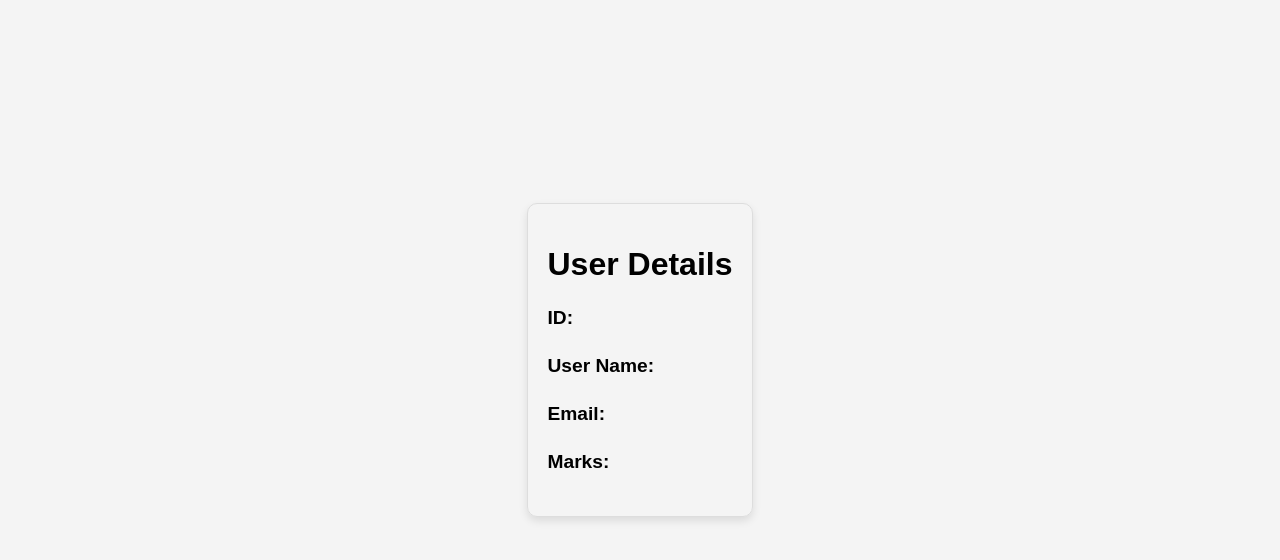
Repository: chetanchavan30/Optifyx
Page: http://localhost/OnlineExaminationSystem/view.jsp
An editor plug-in stored every save of this project. The page is shown before and after the next save, followed by the edit.
The browser window is 1280 px wide. The pictures show the whole page.
The page is served by Tomcat 10. Other server files are loaded and not shown.

Above is the page before, as saved 2025-01-25 19:31:38.

### OnlineExaminationSystem/src/main/webapp/view.jsp
<!DOCTYPE html>
<html lang="en">
<head>
    <meta charset="UTF-8">
    <meta name="viewport" content="width=device-width, initial-scale=1.0">
    <title>User Details</title>
    <link rel="stylesheet" href="styles.css">

</head>
<body>
    <div class="container-details">
        <h1>User Details</h1>
        <div class="user-details">
            <p><strong>ID:</strong> ${user.uId}</p>
            <p><strong>User Name:</strong> ${user.userName}</p>
            <p><strong>Email:</strong> ${user.email}</p>
            <p><strong>Marks:</strong> ${user.marks}</p>
        </div>
    </div>
</body>
</html>

### OnlineExaminationSystem/src/main/webapp/styles.css
@charset "UTF-8";
/* General Styles */
body {
	font-family: Arial, sans-serif;
	background-color: #f4f4f4;
	display: flex;
	justify-content: center;
	align-items: center;
	height: 100vh;
	margin: 0;
}

.form-container {
	background-color: #fff;
	padding: 30px;
	border-radius: 8px;
	box-shadow: 0 4px 8px rgba(0, 0, 0, 0.1);
	width: 300px;
}

.form-container h2 {
	text-align: center;
	margin-bottom: 20px;
}

.form-container input {
	width: 100%;
	padding: 10px;
	margin: 10px 0;
	border: 1px solid #ccc;
	border-radius: 5px;
}

.form-container button {
	width: 100%;
	padding: 10px;
	background-color: #4CAF50;
	color: white;
	border: none;
	border-radius: 5px;
	cursor: pointer;
}

.form-container button:hover {
	background-color: #45a049;
}

.form-container .links {
	text-align: center;
	margin-top: 10px;
}

.form-container .links a {
	color: #4CAF50;
	text-decoration: none;
}

.form-container .links a:hover {
	text-decoration: underline;
}

.container {
	text-align: center;
	background: white;
	padding: 2rem;
	border-radius: 10px;
	box-shadow: 0 4px 8px rgba(0, 0, 0, 0.1);
}

.container h1 {
	margin-bottom: 1.5rem;
}

.link-button {
	display: inline-block;
	margin: 0.5rem;
	padding: 0.75rem 1.5rem;
	font-size: 1rem;
	color: white;
	background-color: #4CAF50;
	text-decoration: none;
	border-radius: 5px;
	transition: background-color 0.3s;
}

.link-button:hover {
	background-color: #45a049;
}





 .container-details {
            max-width: 600px;
            margin: 50px auto;
            padding: 20px;
            border: 1px solid #ddd;
            border-radius: 10px;
            box-shadow: 0 4px 8px rgba(0, 0, 0, 0.1);
            font-family: Arial, sans-serif;
        }
        .container-details h1 {
            text-align: center;
        }
        .user-details {
            margin-top: 20px;
        }
        .user-details p {
            font-size: 1.2rem;
            line-height: 1.5;
        }

After the next save:
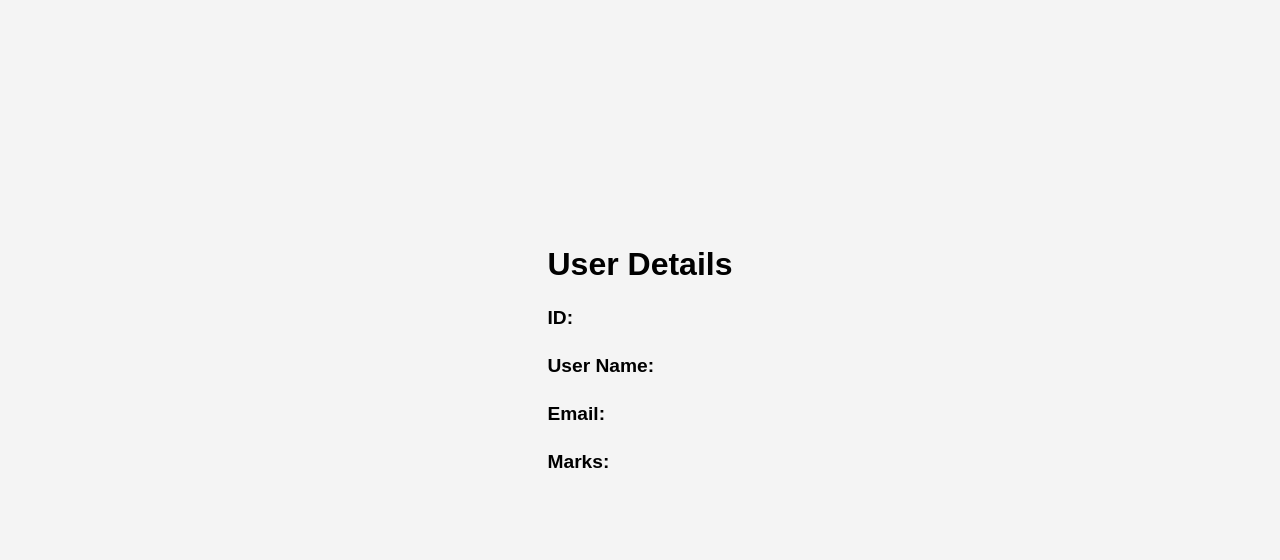
Saved 103 s later.
--- a/OnlineExaminationSystem/src/main/webapp/styles.css
+++ b/OnlineExaminationSystem/src/main/webapp/styles.css
@@ -91,15 +91,7 @@
 
 
 
- .container-details {
-            max-width: 600px;
-            margin: 50px auto;
-            padding: 20px;
-            border: 1px solid #ddd;
-            border-radius: 10px;
-            box-shadow: 0 4px 8px rgba(0, 0, 0, 0.1);
-            font-family: Arial, sans-serif;
-        }
+
         .container-details h1 {
             text-align: center;
         }

After the save that followed:
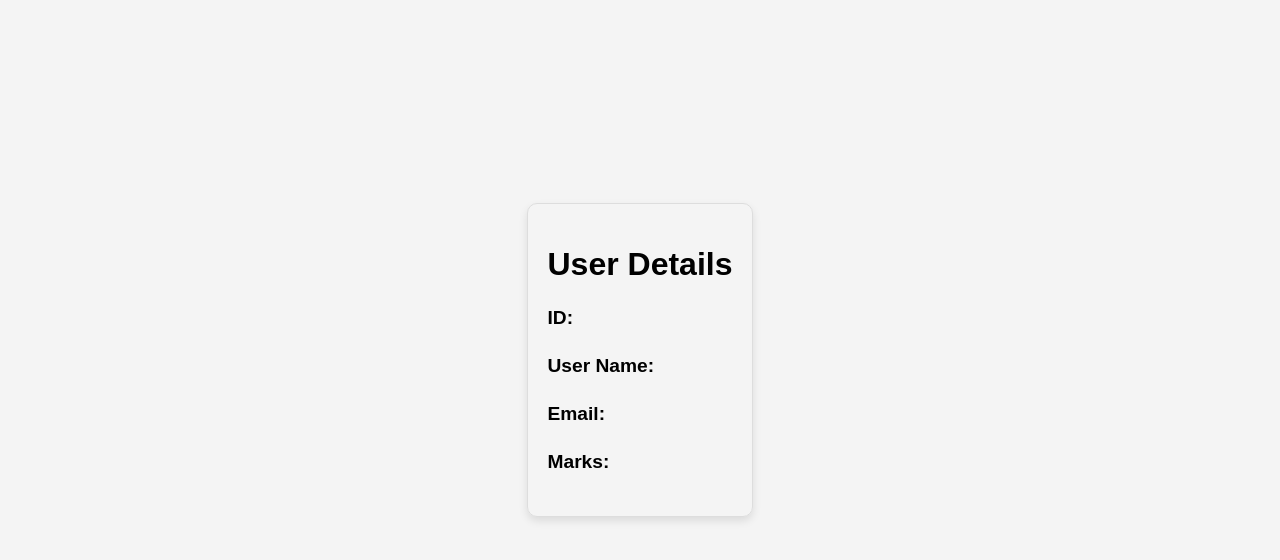
Saved 31 s later.
--- a/OnlineExaminationSystem/src/main/webapp/styles.css
+++ b/OnlineExaminationSystem/src/main/webapp/styles.css
@@ -91,7 +91,15 @@
 
 
 
-
+ .container-details {
+            max-width: 600px;
+            margin: 50px auto;
+            padding: 20px;
+            border: 1px solid #ddd;
+            border-radius: 10px;
+            box-shadow: 0 4px 8px rgba(0, 0, 0, 0.1);
+            font-family: Arial, sans-serif;
+        }
         .container-details h1 {
             text-align: center;
         }
